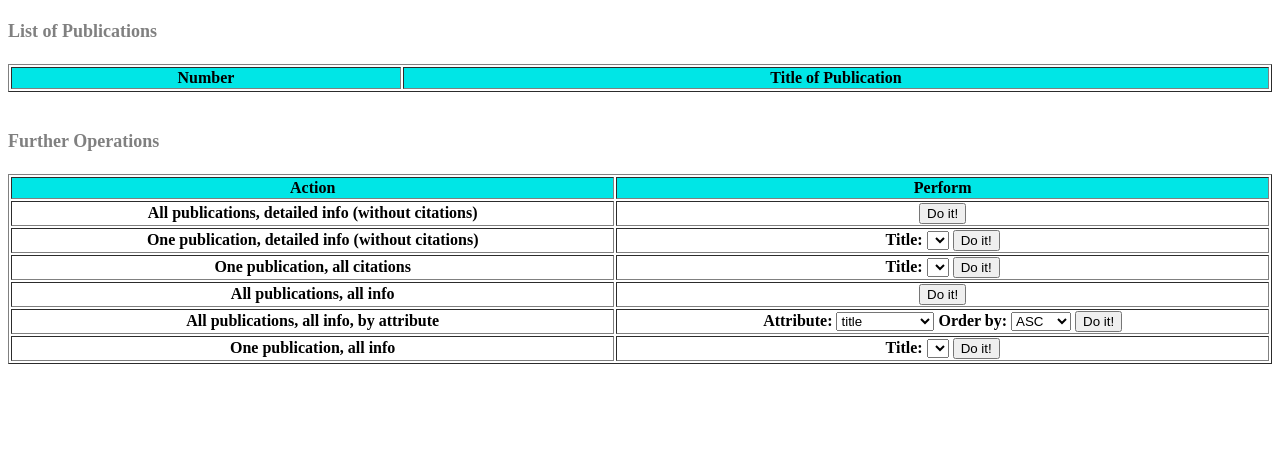
Repository: jlgsousa/javaEEapplication
Page: http://localhost/Catalog-Frontend/display.jsp
An editor plug-in stored every save of this project. The page is shown before and after the next save, followed by the edit.
The browser window is 1280 px wide. The pictures show the whole page.
The page is served by Tomcat 9. Nobody is signed in. The application's start-up code is not run. Other server files are loaded and not shown. The template is opened directly, without the code that normally fills it, so the values that code supplies are empty.

Above is the page before, as saved 2019-05-30 16:30:21.

### Catalog-Frontend/WebContent/display.jsp
<%@ page language="java" contentType="text/html; charset=UTF-8" pageEncoding="UTF-8"%>
<%@ taglib  uri="http://java.sun.com/jsp/jstl/core" prefix="c" %>

<!DOCTYPE html PUBLIC "-//W3C//DTD HTML 4.01 Transitional//EN" "http://www.w3.org/TR/html4/loose.dtd">
<html>
<head>
<meta http-equiv="Content-Type" content="text/html; charset=UTF-8">
<title>Catalog of scientific journals</title>
</head>
<body>

	<h1 style="color: gray">
		<font size="4">List of Publications</font>
	</h1>

	<table width="100%" border="1" align="center">
		<tr bgcolor="#00e6e6">
			<th>Number</th><th>Title of Publication</th>
		</tr>
		<c:forEach var="item" items="${myListOfTitles}" varStatus="loop">
			<tr>
				<th>${loop.index+1}</th><th>${item}</th>
			</tr>
		</c:forEach>
	</table>

	<br />

	<h1 style="color: gray">
		<font size="4">Further Operations</font>
	</h1>

	<form action="main" method="post">
	<table width="100%" border="1" align="center">
		<tr bgcolor="#00e6e6"><th>Action</th><th>Perform</th></tr>

		<tr><th>All publications, detailed info (without citations)</th>
		<th><input type="submit" name="action1" value="Do it!" /></th></tr>

		<tr><th>One publication, detailed info (without citations)</th>
		<th>Title: <select name="action2" >
			<c:forEach var="itemTitle" items="${myListOfTitles}" varStatus="loop1">
				<option>${itemTitle}</option>
			</c:forEach>
		</select>
		<input type = "submit" name="action21" value="Do it!" /></th></tr>

		<tr><th>One publication, all citations</th>
		<th>Title: <select name="action3" >
			<c:forEach var="itemTitle" items="${myListOfTitles}" varStatus="loop1">
				<option>${itemTitle}</option>
			</c:forEach>
		</select>
		<input type = "submit" name="action31" value="Do it!" /></th></tr>

		<tr><th>All publications, all info</th>
		<th><input type = "submit" name="action4" value="Do it!" /></th></tr>

		<tr><th>All publications, all info, by attribute</th>
		<th>Attribute: <select name="action51">
			<option>title</option>
			<option>authors</option>
			<option>conference</option>
			<option>description</option>
			<option>journal</option>
			<option>publisher</option>
			<option>scholar_artic</option>
			<option>date</option>
			<option>issue</option>
			<option>n_citations</option>
		</select>
		Order by: <select name="action52">
			<option>ASC</option>
			<option>DESC</option>
		</select>
		<input type = "submit" name="action53" value="Do it!" /></th></tr>

		<tr><th>One publication, all info</th>
		<th>Title: <select name="action6" >
			<c:forEach var="itemTitle" items="${myListOfTitles}" varStatus="loop1">
				<option>${itemTitle}</option>
			</c:forEach>
		</select>
		<input type = "submit" name="action61" value="Do it!" /></th></tr>

	</table>
	</form>

<%-- 	<div>${titulo}</div> --%>
</body>
</html>

After the next save:
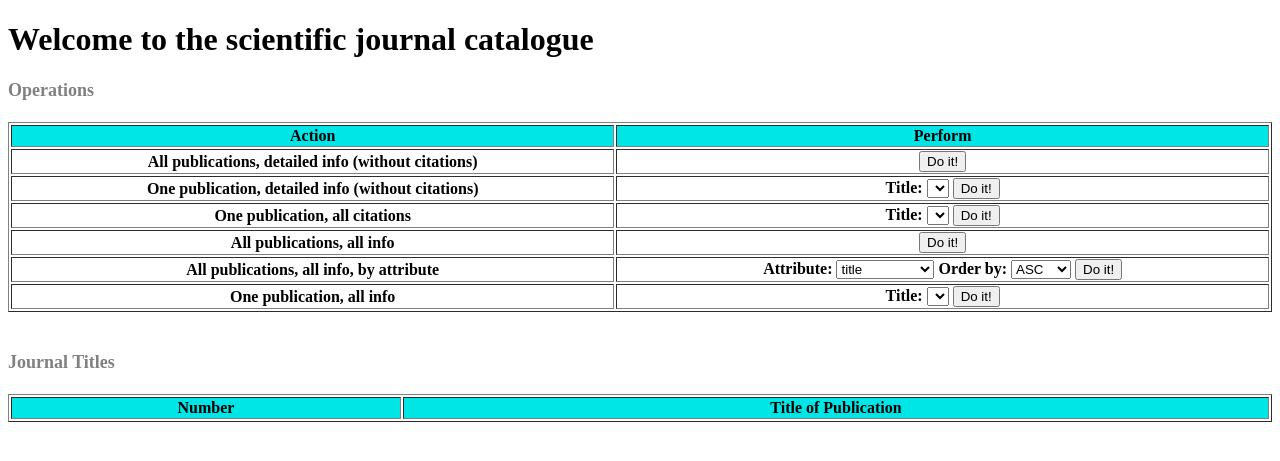
Saved 3 min 19 s later.
--- a/Catalog-Frontend/WebContent/display.jsp
+++ b/Catalog-Frontend/WebContent/display.jsp
@@ -9,25 +9,9 @@
 </head>
 <body>
 
+	<h1>Welcome to the scientific journal catalogue</h1>
 	<h1 style="color: gray">
-		<font size="4">List of Publications</font>
-	</h1>
-
-	<table width="100%" border="1" align="center">
-		<tr bgcolor="#00e6e6">
-			<th>Number</th><th>Title of Publication</th>
-		</tr>
-		<c:forEach var="item" items="${myListOfTitles}" varStatus="loop">
-			<tr>
-				<th>${loop.index+1}</th><th>${item}</th>
-			</tr>
-		</c:forEach>
-	</table>
-
-	<br />
-
-	<h1 style="color: gray">
-		<font size="4">Further Operations</font>
+		<font size="4">Operations</font>
 	</h1>
 
 	<form action="main" method="post">
@@ -86,6 +70,22 @@
 	</table>
 	</form>
 
+	<br />
+
+	<h1 style="color: gray">
+		<font size="4">Journal Titles</font>
+	</h1>
+	<table width="100%" border="1" align="center">
+		<tr bgcolor="#00e6e6">
+			<th>Number</th><th>Title of Publication</th>
+		</tr>
+		<c:forEach var="item" items="${myListOfTitles}" varStatus="loop">
+			<tr>
+				<th>${loop.index+1}</th><th>${item}</th>
+			</tr>
+		</c:forEach>
+	</table>
+
 <%-- 	<div>${titulo}</div> --%>
 </body>
 </html>
